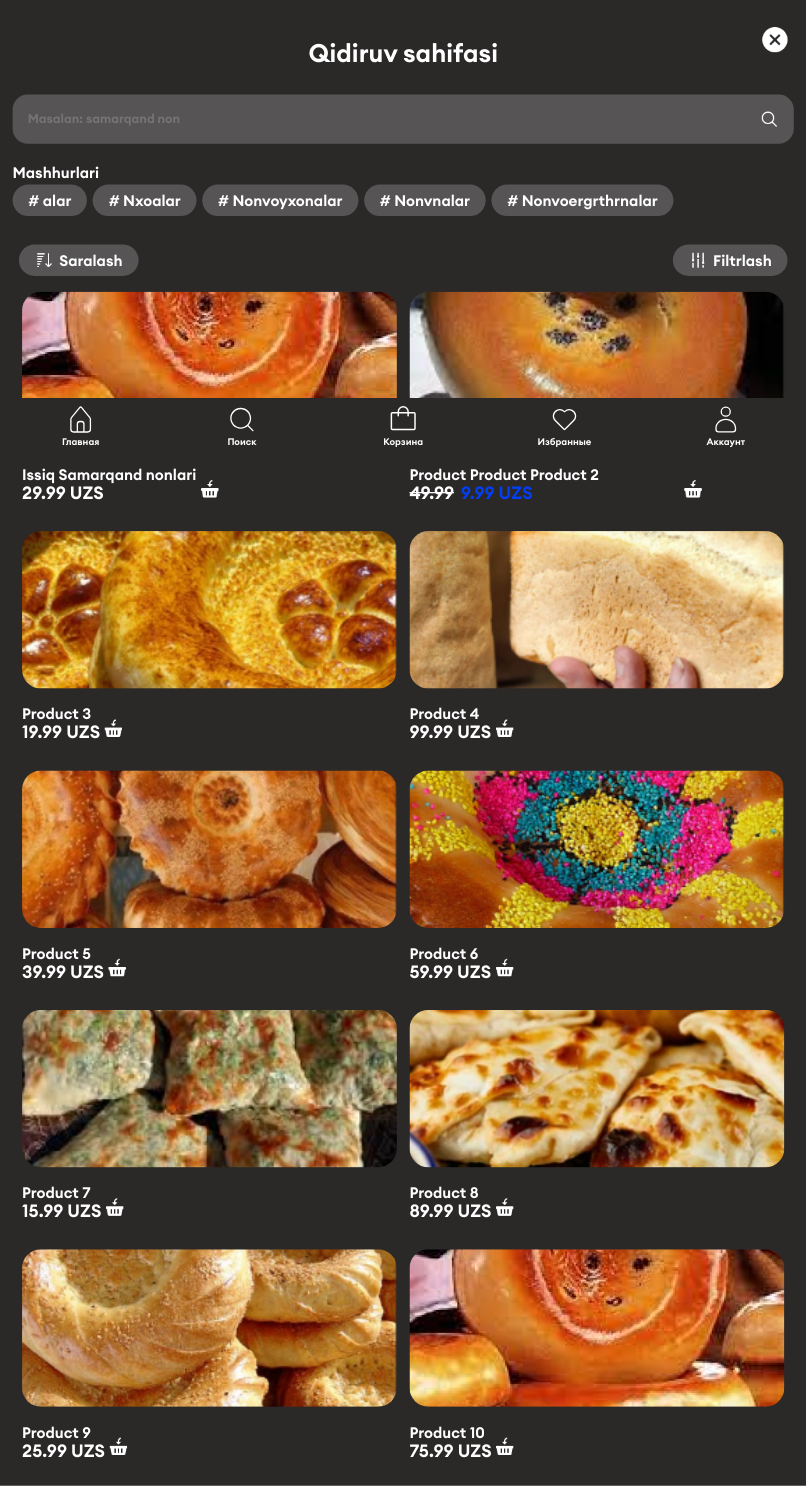
Repository: muslmoney/click-miniapp
Page: /search
These files come from the project's save history. The page is drawn as it stood at one moment and after the next save; the edit follows.
The browser window is 1280 px wide. The pictures show the whole page, at 63% of full size.
The project was rebuilt for these pictures with package versions that can differ from the ones it lists, and the page was loaded fresh each time. Also part of the build but not shown: vite.config.js.

Above is the page before, as saved 2025-02-16 17:51:34.

### index.html
<!doctype html>
<html lang="en">
<head>
  <meta charset="UTF-8" />
  <meta http-equiv="X-UA-Compatible" content="IE=edge" />
  <meta name="description" content="Non Bor" />
  <meta name="keywords" content="Non Bor" />
  <meta name="author" content="Non Bor" />
  <!-- <meta http-equiv="refresh" content="30"> -->
  <meta property="og:title" content="Non Bor">
  <meta property="og:description" content="Non Bor">
  <meta property="og:image" content="/logo_bread.png">
  <meta property="og:url" content="https://non-bor.netlify.app/">
  <meta name="viewport" content="width=device-width, initial-scale=1.0" />
  <link rel="icon" type="image/png" href="/logo_bread.png" />
  <title>Non Bor</title>
</head>

<body>
  <div id="root"></div>
  <script type="module" src="/src/main.jsx"></script>
</body>

</html>

### src/main.jsx
import React, { Suspense, lazy, StrictMode } from 'react';
import { createRoot } from 'react-dom/client';
import { createBrowserRouter, RouterProvider, Navigate } from 'react-router-dom';
import './index.css';
import App from './App.jsx'
import { AppProvider } from './context/Context.jsx';
const Home = lazy(() => import("./pages/Home/Home.jsx"));
const Cart = lazy(() => import("./pages/Cart/Cart.jsx"));
const Favorites = lazy(() => import('./pages/Favorites/Favorites.jsx'));
const Search = lazy(() => import('./pages/Search/Search.jsx'));
const User = lazy(() => import('./pages/User/User.jsx'));

const router = createBrowserRouter([
  {
    path: "/",
    element: <App />,
    children: [
      { index: true, element: <Navigate to="home" replace /> },
      {
        path: 'home',
        element: <Home />
      },
      {
        path: 'cart',
        element: <Cart />
      },
      {
        path: 'favorites',
        element: <Favorites />
      },
      {
        path: 'search',
        element: <Search />
      },
      {
        path: 'user',
        element: <User />
      },
      { path: '*', element: <div>404 - Page Not Found</div> },
    ],
  },
]);

class ErrorBoundary extends React.Component {
  state = { hasError: false };

  static getDerivedStateFromError() {
    return { hasError: true };
  }

  componentDidCatch(error, info) {
    console.error("Error caught:", error, info);
  }

  render() {
    if (this.state.hasError) {
      return <div>Something went wrong!</div>;
    }
    return this.props.children;
  }
}


createRoot(document.getElementById('root')).render(
  <StrictMode>
    <AppProvider>
      <Suspense fallback={<div>Loading...</div>}>
        <RouterProvider router={router} />
      </Suspense>
    </AppProvider>
  </StrictMode>
);

### src/index.css
:root {
  --color-default-white: #fff;
  --color-default-bg: #2B2828;
  --color-default-blue: #023EF3;
  --color-button-bg-blue:#3866E8;
  --color-text-gray:#ADA4A4;
  --color-button-bg-gray:#565454;
}

* {
  font-family: 'Euclid Circular A', sans-serif;
  scroll-behavior: smooth;
  padding: 0;
  margin: 0;
  box-sizing: border-box;
}

.container {
  width: 100%;
  margin: 0 auto;
  max-width: 700px;
}


picture,
img,
svg {

  display: block;
  width: 100%;
  height: auto;
}

a,
span,
button,
label,
input,
textarea {
  display: inline-block;
  font-family: inherit;
  color: inherit;
  font-weight: inherit;
}

a,
button,
label,
textarea,
li {
  list-style: none;
  text-decoration: none;
  cursor: pointer;
}

q::after,
q::before {
  content: '';
}

#root {
  display: flex;
  flex-direction: column;
  justify-content: space-between;
}

#root>* {
  flex-shrink: 0;
}

#root>main {
  flex-grow: 1;
}

h1,
h2,
h3,
h4,
h5,
h6,
p,
button,
a {
  font-weight: inherit;
  color: var(--color-default-white);
}

### src/App.jsx
import React, { useEffect } from "react";
import "./App.css";
import Header from "./layout/Header/Header.jsx";
import Footer from "./layout/Footer/Footer.jsx";
import "/public/fonts/fonts.css";
import { BrowserRouter as Router, Routes, Outlet, useLocation, useNavigate } from "react-router-dom";

const App = () => {
  const navigate = useNavigate();
  const { pathname } = useLocation();

  useEffect(() => {
    if (pathname === "/") {
      navigate("/home");
    }
  }, [pathname, navigate]);

  return (
    <>
      <header>
        <Header />
      </header>

      <main>
        <Outlet />
      </main>

      <footer>
        <Footer />
      </footer>
    </>
  );
};

export default App;

### src/context/Context.jsx
import React, { createContext, useState, useEffect, useContext } from 'react';

const AppContext = createContext();

export const useAppContext = () => useContext(AppContext);

export const AppProvider = ({ children }) => {
  const loadCartFromLocalStorage = (key) => {
    const storedData = localStorage.getItem(key);
    return storedData ? JSON.parse(storedData) : [];
  };

  const [cart, setCart] = useState(loadCartFromLocalStorage('cartClick'));
  const [favorites, setFavorites] = useState(loadCartFromLocalStorage('favClick'));

  useEffect(() => {
    localStorage.setItem('cartClick', JSON.stringify(cart));
  }, [cart]);

  useEffect(() => {
    localStorage.setItem('favClick', JSON.stringify(favorites));
  }, [favorites]);

  const addToCart = (product) => {
    setCart((prevCart) => {
      const existingProduct = prevCart.find((item) => item.id === product.id);
      return existingProduct
        ? prevCart.map((item) =>
            item.id === product.id ? { ...item, quantity: item.quantity + 1 } : item
          )
        : [...prevCart, { ...product, quantity: 1 }];
    });
  };

  const removeFromCart = (productId) => {
    setCart((prevCart) => prevCart.filter((product) => product.id !== productId));
  };

  const updateQuantity = (productId, quantity) => {
    if (quantity <= 0) return;
    setCart((prevCart) =>
      prevCart.map((product) =>
        product.id === productId ? { ...product, quantity } : product
      )
    );
  };

  const addToFavorites = (product) => {
    setFavorites((prevFavorites) =>
      !prevFavorites.some((item) => item.id === product.id)
        ? [...prevFavorites, product]
        : prevFavorites
    );
  };

  const removeFromFavorites = (productId) => {
    setFavorites((prevFavorites) =>
      prevFavorites.filter((product) => product.id !== productId)
    );
  };

  return (
    <AppContext.Provider
      value={{
        cart,
        addToCart,
        removeFromCart,
        updateQuantity,
        favorites,
        addToFavorites,
        removeFromFavorites,
      }}
    >
      {children}
    </AppContext.Provider>
  );
};

export { AppContext };

### src/pages/Search/Search.jsx
import React, { useState, useEffect } from 'react';
import styles from './search.module.css';
import { SearchCard } from '../../components/ProductCard/ProductCard.jsx';
import db from '../../db/db.json';
import Button from '../../components/Buttons/Buttons.jsx';

const Search = () => {
  const [query, setQuery] = useState('');
  const [filteredProducts, setFilteredProducts] = useState(db.products);

  useEffect(() => {
    const results = db.products.filter((product) =>
      product.title.toLowerCase().includes(query.toLowerCase())
    );
    setFilteredProducts(results);
  }, [query]);

  return (
    <div className={styles.container}>
      <section>
        <h2 className={styles.title}>Qidiruv sahifasi</h2>
        <div className={styles.search}>
          <input
            type="text"
            placeholder="Masalan: samarqand non"
            value={query}
            onChange={(e) => setQuery(e.target.value)}
          />
          <button>
            <img src="/search.png" alt="search" />
          </button>
        </div>
      </section>

      <section className={styles.popular}>
        <h2>Mashhurlari</h2>
        <div className={styles.buttons}>
          <Button title={'# alar'} />
          <Button title={'# Nxoalar'} />
          <Button title={'# Nonvoyxonalar'} />
          <Button title={'# Nonvnalar'} />
          <Button title={'# Nonvoergrthrnalar'} />
        </div>
      </section>

      <section className={styles.products}>
        <div className={styles.filters}>
          <Button title={'Saralash'} icon={'/sorting.png'} />
          <Button title={'Filtrlash'} icon={'/filter.png'} />
        </div>
        <div className={styles.grid}>
          {filteredProducts.length > 0 ? (
            filteredProducts.map((product) => (
              <SearchCard
                key={product.id}
                title={product.title}
                img={product.img}
                salePrice={product.salePrice}
                price={product.price}
              />
            ))
          ) : (
           <div style={{textAlign : "center", }}>
             <p >Mahsulot topilmadi</p>
           </div>
          )}
        </div>
      </section>
    </div>
  );
};

export default Search;

### src/layout/Header/Header.jsx
import React from 'react'
import { RxCross2 } from "react-icons/rx";
import style from './header.module.css'
const Header = () => {
    return (
        <header className={style.header}>
            <div className='container'>
                <div className={style.header}>
                    <img className={style.cross} src="/cancel.png" alt="" />
                </div>
            </div>
        </header>
    )
}

export default Header

### src/layout/Footer/Footer.jsx
import React from 'react'
import styles from './footer.module.css'
import { CiSearch } from "react-icons/ci";
import { CiUser } from "react-icons/ci";
import { CiHeart } from "react-icons/ci";
import { PiBagLight } from "react-icons/pi";
import { CiHome } from "react-icons/ci";
import { Link } from 'react-router-dom';

const Footer = () => {
    return (
        <footer className='container'>
            <div className={styles.footer}>
                    <Link className={styles.a} to={'./home'}>
                        <CiHome className={styles.icon} />
                        <h2>Главная</h2>
                    </Link>
                    <Link className={styles.a} to={'./search'}>
                        <CiSearch className={styles.icon} />
                        <h2>
                            Поиск
                        </h2>

                    </Link>
                    <Link className={styles.a} to={'./cart'}>
                        <PiBagLight className={styles.icon} />
                        <h2>
                            Корзина
                        </h2>

                    </Link>
                    <Link className={styles.a} to={'./favorites'}>
                        <CiHeart className={styles.icon} />
                        <h2>
                            Избранные
                        </h2>

                    </Link>
                    <Link className={styles.a} to={'./user'}>
                        <CiUser className={styles.icon} />
                        <h2>
                            Аккаунт
                        </h2>

                    </Link>
            </div>
        </footer>
    )
}

export default Footer

### public/fonts/fonts.css


@font-face {
    font-family: 'Euclid Circular A';
    src: url(/fonts/Euclid\ Circular\ A\ SemiBold.ttf);
    font-weight: 600;
    font-style: normal;
}

### src/components/Buttons/Buttons.jsx
import React from "react";
import styles from "./buttons.module.css";

const Button = ({ link, icon, title, className,color, ...props }) => {
  return (
    <a className={`${styles.button} ${className}`} href={link} {...props}>
     {icon ? ( <img src={icon} alt={title} />) : ''   }
      <span>{title}</span>
    </a>
  );
};

export default Button;

### src/pages/Search/search.module.css
.container {
    padding: 0 clamp(5px, 2vw, 20px);
    background-color: var(--color-default-bg);
    min-height: 100dvh;

}
.search{
    padding: 24px;
    border-radius: 24px;
    background-color: var(--color-button-bg-gray);
    display: flex;
    align-items: center;
    justify-content: space-between;
    input{
        font-size: 20px;
        font-weight: 500;
        line-height: 24.2px;
        text-align: left;
        text-underline-position: from-font;
        text-decoration-skip-ink: none;
        border: none;
        outline: 0px;
        color: var(--color-default-white);
        background: transparent;
    }
    button{
        background: transparent;
        border: none;
    }

}
.title {
    font-size: 40px;
    font-weight: 500;
    line-height: 48.41px;
    text-align: center;
    padding: 60px 0 42px 0;
    text-underline-position: from-font;
    text-decoration-skip-ink: none;

}
.popular{
    padding: 30px 0;
}
.buttons{
    display: flex;
    flex-wrap: wrap;
    gap:11px 9px;
    padding: 5px 0;
}

.filters {
    display: flex;
    justify-content: space-between;
    gap: 10px;
    padding: 10px;
}

.grid {
    display: grid;
    grid-template-columns: 1fr 1fr;
    gap: 10px 10px;
    padding: 10px;
}

img {
    width: 100%;
    object-fit: cover;
}

### src/layout/Header/header.module.css
.header{
    max-width: 700px;
    position: relative;
}

.cross{
    width: 50px;
    position: fixed;
    right: 25px;
    top: 38px;
    width: 50px;
    z-index: 10000;
    @media (max-width: 550px) {
        width: 35px;
        top: 18px;
    }
}

### src/layout/Footer/footer.module.css

.footer {
    display: flex;
    align-items: center;
    justify-content: space-around;
    position: fixed;
    bottom: 0;
    left: 0;
    width: 100%;
    padding: 10px 0 10px 0;
    background-color: var(--color-default-bg);
.a{
    width: 100%;

   h2{

       font-size: clamp(15px, 1vw, 24px);
   }
}
    a {
        display: flex;
        align-items: center;
        flex-direction: column;
    }
}


.icon {
    width: 50px;
}
@media (max-width: 550px) {
    .icon {
        width: 35px;
    }
}

### src/components/Buttons/buttons.module.css
.button {
background-color: var(--color-button-bg-gray);
    text-align: center;
    text-decoration: none;
    display: flex;
    align-items: center;
    gap: 9px;
    color: var(--color-default-white);
    font-size: clamp(17px, 3.33vw, 24px);
    cursor: pointer;
    transition-duration: 0.4s;
    border-radius: 30px;
    padding: clamp(7px, 3vw, 10px) clamp(15px, 3vw, 25px);

    img {
        width: clamp(20px, 4.2vw, 30px);
    }
}

### src/components/ProductCard/productCard.module.css
    .productCard {
        padding: clamp(15px, 3vw, 20px) clamp(10px, 2vw, 14px);

    }

    .header {
        display: flex;
        align-items: center;
        justify-content: space-between;
        padding: 26px 0;

        .seller {
            display: flex;
            align-items: center;
            justify-content: center;
            gap: 9px;
        }

        h5 {
            font-size: 24px;
            font-weight: 500;
        }

        .logo {
            width: 52px;
            border-radius: 50%;
            height: 52px;
            object-fit: cover;
        }

    }

    .info {
        display: flex;
        flex-direction: column;
        gap: 10px;

        h3 {
            font-size: 36px;
            font-weight: 500;
            line-height: 43.57px;
            text-align: left;
            text-underline-position: from-font;
            text-decoration-skip-ink: none;

        }

        p {
            padding: 29px 0 0 0;
            font-size: 20px;
            font-weight: 500;
            line-height: 24.2px;
            text-align: left;
            text-underline-position: from-font;
            text-decoration-skip-ink: none;

        }
    }

    .prices {
        display: flex;
        align-items: start;
        justify-content: start;


    }

    .img {
        object-fit: cover;
        border-radius: 26px;
        overflow: hidden;
    }

    .buttons {
        display: flex;
        justify-content: space-between;
        align-items: center;
        flex-grow: 1;
        padding: 20px 0 0px 0;

        button {
            display: flex;
            align-items: center;
            text-align: end;
            width: 100%;
            max-width: 200px;
            border: none;
            gap: 10px;
            background: transparent;
            font-size: 20px;
            font-weight: 500;
            line-height: 24.2px;
            text-align: left;
            text-underline-position: from-font;
            text-decoration-skip-ink: none;
            color: var(--color-text-gray);

            img {
                width: 30px;
            }
        }
    }

    .like {
        justify-content: start;
    }

    .bag {
        justify-content: end;
    }



    .originalPrice {
        text-decoration: line-through;
    }

    .salePrice {
        color: var(--color-default-blue);
    }

    .searchProduct {
        display: flex;
        flex-direction: column;
        padding: 5px;
        width: 100%;
        height: 370px;

        h3 {
            font-size: clamp(15px, 3.9vw, 24px);
            font-weight: 500;
            line-height: 29.05px;
            text-align: left;
            text-underline-position: from-font;
            text-decoration-skip-ink: none;

        }

        h2 {
            font-size: clamp(20px, 3.9vw, 28px);
            font-weight: 500;
            line-height: 29.05px;
            text-align: left;
            text-underline-position: from-font;
            text-decoration-skip-ink: none;
        }

        .img {
            border-radius: 30px;

            img {
                height: 250px;

                @media (max-width: 450px) {
                    height: 150px;
                }
            }
        }

        .info {
            gap: 5px;
            flex-grow: 1;
            display: flex;
            flex-direction: row;
            justify-content: space-between;
            align-items: center;

            h3 {
                overflow: hidden;
                text-overflow: ellipsis;
                display: -webkit-box;
                -webkit-line-clamp: 2;
                -webkit-box-orient: vertical;

            }

            img {
                width: 32px;
                height: 32px;
            }

        }

        .prices {
            align-items: start;
            flex-direction: column;
            flex-grow: 1;
            justify-content: space-between;



        }

        .price {
            flex-grow: 1;
            display: flex;
            gap: 11px;


        }

        @media (max-width: 450px) {
            height: 270px;
        }
    }

    .inCart {
        padding: 10px 0;
        display: flex;
        justify-content: space-between;
        align-items: center;

        h3 {
            font-size: 20px;
        }

        p {
            font-size: 24px;
        }
        .info {
            display: flex;
            flex-direction: row;
            align-items: start;

            img {
                width: 100%;
                max-width: 100px;
                border-radius: 26px;
            }
        }

        .prices{
            display: flex;
            align-items: start;
            justify-content: space-around;
            flex-direction: column;
            p{
                padding: 6px 0;
            }
        }
        .quantity {
            display: flex;
            justify-content: space-between;
            align-items: center;
            margin-top: auto;
            max-width: 120px;
            width: 100%;
            svg {
                width: 40px;
                height: 40px;
                padding:5px;
                color: var(--color-default-white);
                border-radius: 50%;
                font-size: 40px;
                background: var(--color-button-bg-gray);
                border: none;
            }

            span {
                font-size: 20px;
                font-weight: 500;
                color: var(--color-default-white);
                line-height: 24.2px;
                text-align: left;
                text-underline-position: from-font;
                text-decoration-skip-ink: none;

            }

            img{
                height: 40px;
                width: 40px;
            }
        }


    }

Loaded but not shown: src/db/db.json (104 lines, source omitted); src/components/ProductCard/ProductCard.jsx (195 lines, source omitted); src/App.css (no stored copy; drawn as an empty file); src/pages/User/user.module.css (no stored copy; drawn as an empty file)

After the next save:
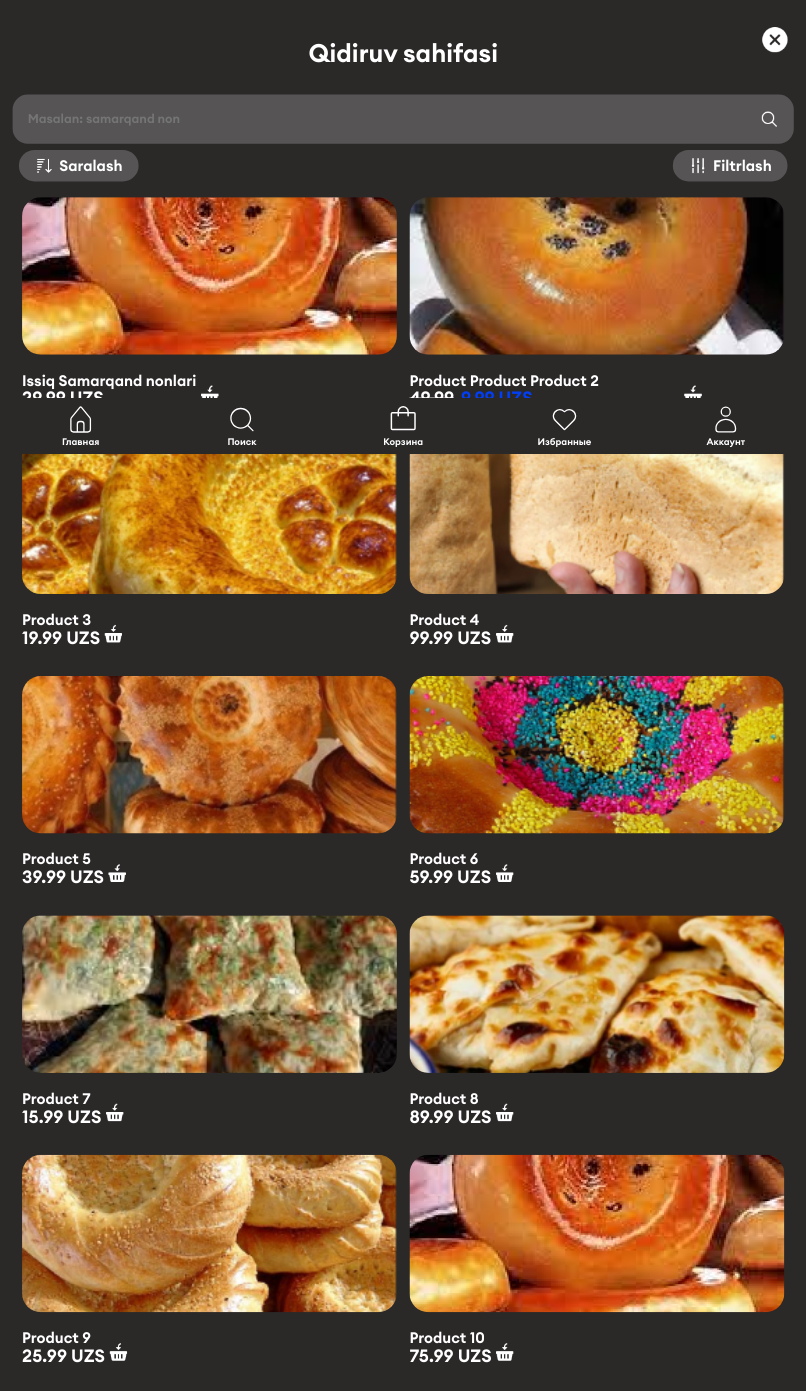
Saved 2 min 39 s later.
--- a/src/pages/Search/Search.jsx
+++ b/src/pages/Search/Search.jsx
@@ -6,14 +6,27 @@
 
 const Search = () => {
   const [query, setQuery] = useState('');
-  const [filteredProducts, setFilteredProducts] = useState(db.products);
+  const [filteredProducts, setFilteredProducts] = useState([]);
+  const [sortOrder, setSortOrder] = useState(null); // null, 'asc', 'desc'
+  const [filterSale, setFilterSale] = useState(false); // true = показывать только скидки
 
   useEffect(() => {
-    const results = db.products.filter((product) =>
+    let results = db.products.filter((product) =>
       product.title.toLowerCase().includes(query.toLowerCase())
     );
+
+    if (filterSale) {
+      results = results.filter((product) => product.salePrice !== null);
+    }
+
+    if (sortOrder === 'asc') {
+      results.sort((a, b) => a.price - b.price);
+    } else if (sortOrder === 'desc') {
+      results.sort((a, b) => b.price - a.price);
+    }
+
     setFilteredProducts(results);
-  }, [query]);
+  }, [query, sortOrder, filterSale]);
 
   return (
     <div className={styles.container}>
@@ -32,21 +45,14 @@
         </div>
       </section>
 
-      <section className={styles.popular}>
-        <h2>Mashhurlari</h2>
-        <div className={styles.buttons}>
-          <Button title={'# alar'} />
-          <Button title={'# Nxoalar'} />
-          <Button title={'# Nonvoyxonalar'} />
-          <Button title={'# Nonvnalar'} />
-          <Button title={'# Nonvoergrthrnalar'} />
-        </div>
-      </section>
-
       <section className={styles.products}>
         <div className={styles.filters}>
-          <Button title={'Saralash'} icon={'/sorting.png'} />
-          <Button title={'Filtrlash'} icon={'/filter.png'} />
+          <Button title={'Saralash'} icon={'/sorting.png'} onClick={() =>
+            setSortOrder(sortOrder === 'asc' ? 'desc' : 'asc')}
+          />
+          <Button title={'Filtrlash'} icon={'/filter.png'} onClick={() =>
+            setFilterSale(!filterSale)}
+          />
         </div>
         <div className={styles.grid}>
           {filteredProducts.length > 0 ? (
@@ -60,9 +66,7 @@
               />
             ))
           ) : (
-           <div style={{textAlign : "center", }}>
-             <p >Mahsulot topilmadi</p>
-           </div>
+            query && <p>Mahsulot topilmadi</p>
           )}
         </div>
       </section>
